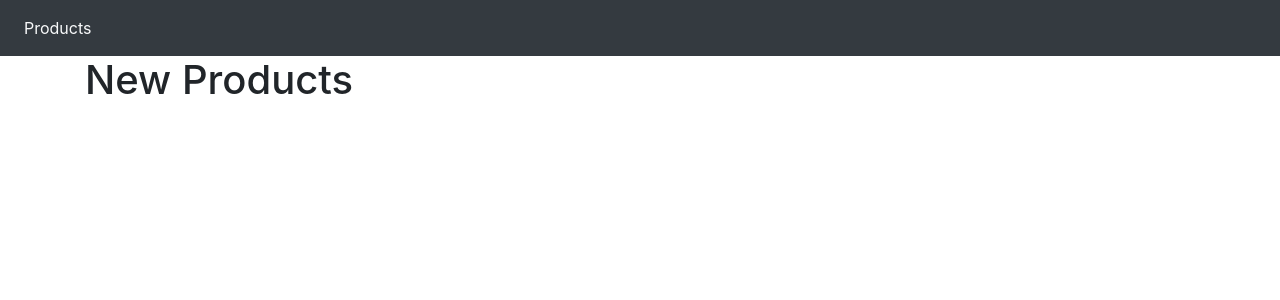
Repository: Aniksaha19/curd
Page: http://localhost/
The author's editor kept a copy of each file at every save. The page is drawn from the files as they stood at one save, then again after the next save.
The browser window is 1280 px wide. The pictures show the whole page.
The page is served by the project's Laravel application, run on PHP 8.4 with Laravel 10.

Above is the page before, as saved 2023-06-01 16:28:12.

After the next save:
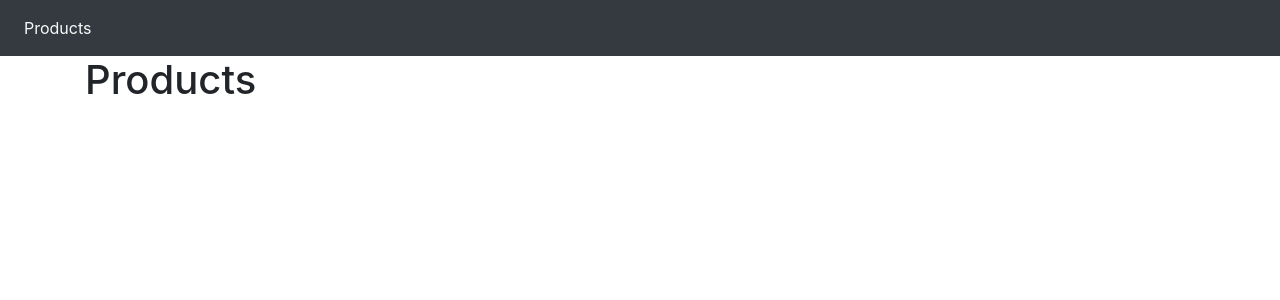
Saved 11 s later.
--- a/resources/views/products/index.blade.php
+++ b/resources/views/products/index.blade.php
@@ -21,7 +21,7 @@
             </ul>
         </nav>
         <div class="container">
-            <h1>New Products</h1>
+            <h1>Products</h1>
         </div>
 </body>
 </html>
